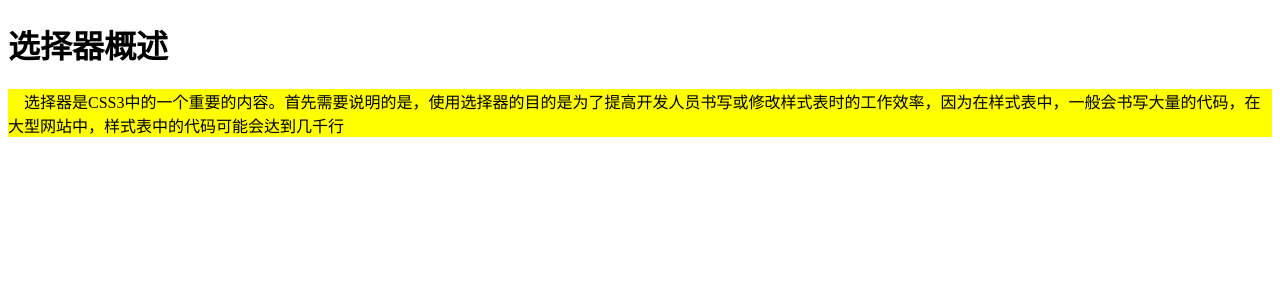
Repository: zdsherlock/HtmlCssLearn
Page: CSS/test-attSelect/index2.html
The author's editor kept a copy of each file at every save. The page is drawn from the files as they stood at one save, then again after the next save.
The browser window is 1280 px wide. The pictures show the whole page.

Above is the page before, as saved 2021-05-06 02:30:11.

### CSS/test-attSelect/index2.html
<!DOCTYPE html>
<html lang="en">
<head>
    <meta charset="UTF-8">
    <meta http-equiv="X-UA-Compatible" content="IE=edge">
    <meta name="viewport" content="width=device-width, initial-scale=1.0">
    <title>结构性伪类选择器</title>
    <style>
        body *:not(h1){
            background-color: yellow;
        }
    </style>
</head>
<body>
    <h1>选择器概述</h1>
    <p>
        &nbsp;&nbsp;&nbsp;&nbsp;选择器是CSS3中的一个重要的内容。首先需要说明的是，使用选择器的目的是为了提高开发人员书写或修改样式表时的工作效率，因为在样式表中，一般会书写大量的代码，在大型网站中，样式表中的代码可能会达到几千行
    </p>

    <table>

    </table>
</body>
</html>

After the next save:
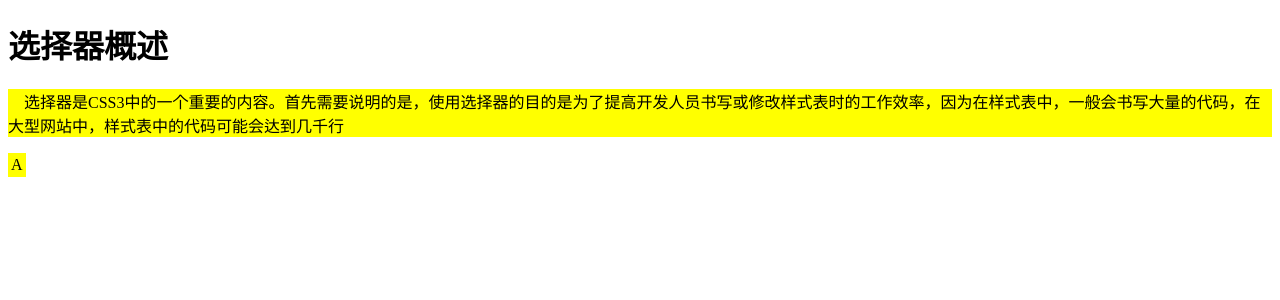
Saved 26 s later.
--- a/CSS/test-attSelect/index2.html
+++ b/CSS/test-attSelect/index2.html
@@ -18,7 +18,7 @@
     </p>
 
     <table>
-
+       <tr><td>A</td></tr>
     </table>
 </body>
 </html>
